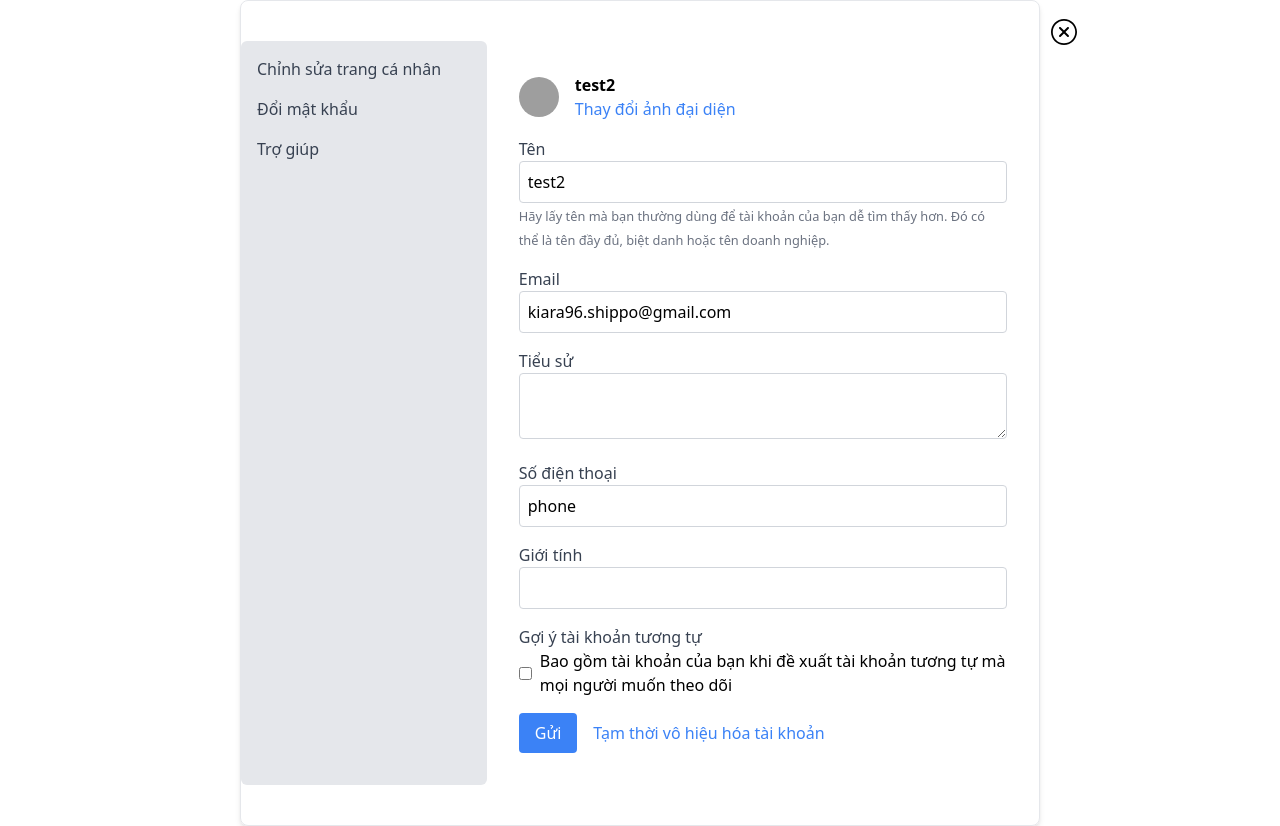
Repository: DangNgocDuong250903/2425_CS445AC_NHOM1
Page: /update_user (app in social_fe/)
The author's editor kept a copy of each file at every save. The page is drawn from the files as they stood at one save, then again after the next save.
The browser window is 1280 px wide. The pictures show the whole page.
Pictures or frames that could not be fetched are drawn as grey boxes. The project was rebuilt for these pictures with package versions that can differ from the ones it lists, and the page was loaded fresh each time. Also part of the build but not shown: social_fe/vite.config.js, social_fe/src/components/Button/index.jsx, social_fe/src/assets/index.js, social_fe/src/components/FriendCard/index.jsx, social_fe/src/components/Loading/index.jsx, social_fe/src/components/PostCard/index.jsx, social_fe/src/components/ProfileCard/index.jsx, social_fe/src/components/TextInput/index.jsx and 8 more.

Above is the page before, as saved 2024-11-05 11:04:19.

After the next save:
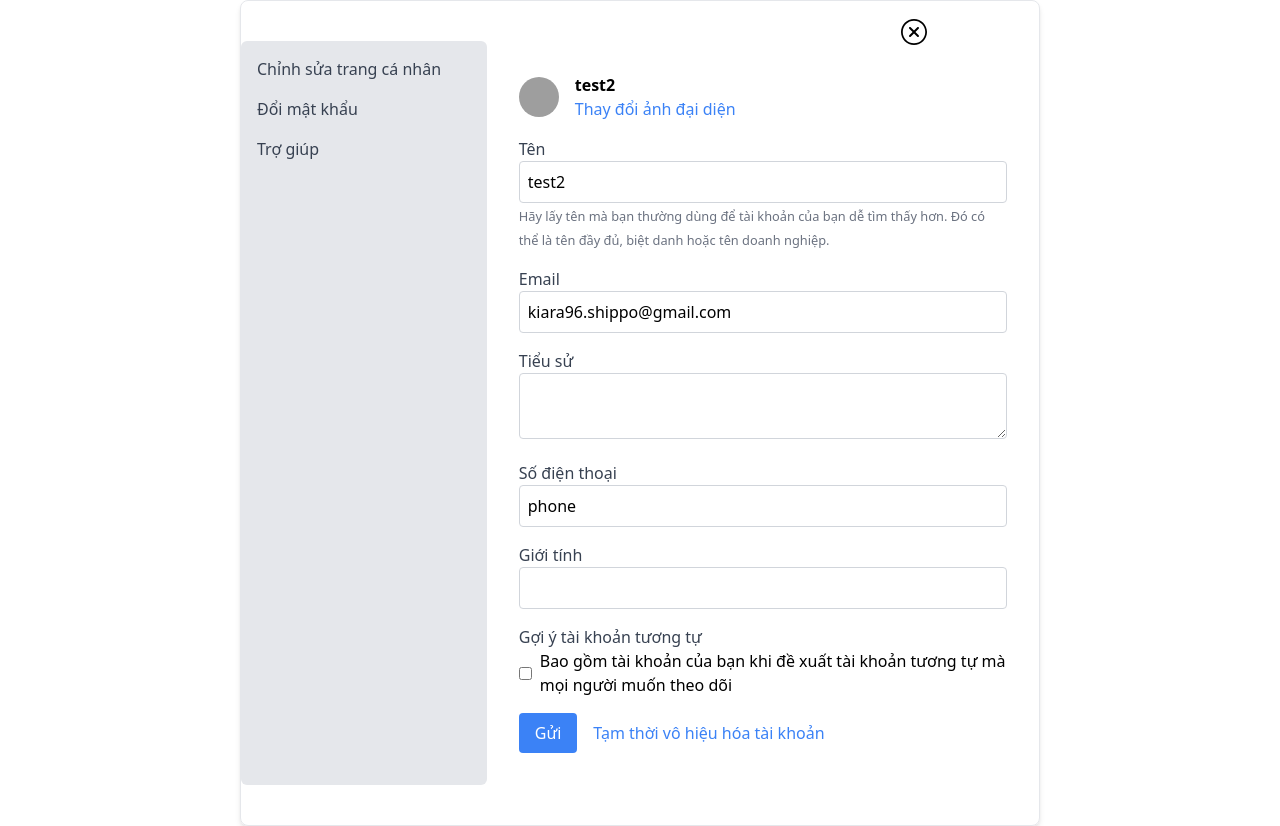
Saved 5 s later.
--- a/social_fe/src/pages/ProfilePage/updateUser.jsx
+++ b/social_fe/src/pages/ProfilePage/updateUser.jsx
@@ -10,7 +10,7 @@ const UpdateUser = () => {
     };
     return (
         <div className="flex w-[800px] mx-auto pt-10 pb-10 border border-gray-200 shadow-md rounded-lg ">
-            <IoIosCloseCircleOutline onClick={() => navigate("/")} className="absolute w-8 h-8 cursor-pointer top-4 right-[200px] hover:text-red-400 " />
+            <IoIosCloseCircleOutline onClick={() => navigate("/")} className="absolute w-8 h-8 cursor-pointer top-4 right-[350px] hover:text-red-400 " />
             <div className="w-1/3 p-4 bg-gray-200 rounded-md">
                 <ul className="flex flex-col">
 
